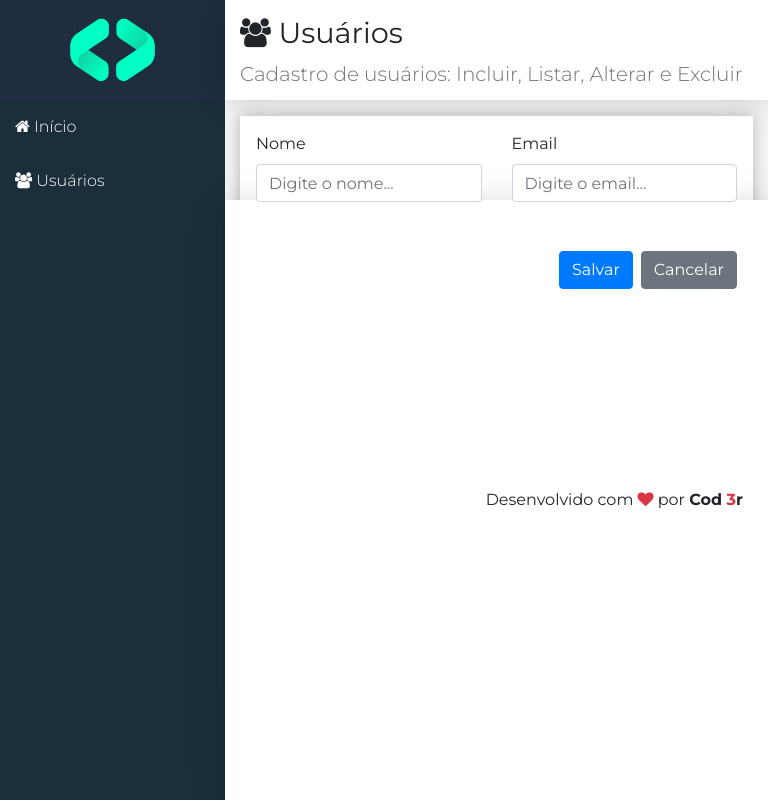
Repository: eversonps/projeto-cadastro-usuarios-firebase
Page: /users (app in frontend/)
An editor plug-in stored every save of this project. The page is shown before and after a run of saves, followed by the edit.
The browser window is 768 px wide. The pictures show the whole page.
The project was rebuilt for these pictures with package versions that can differ from the ones it lists, and the page was loaded fresh each time. Requests to the local data server were answered from the project's data file. Also part of the build but not shown: frontend/src/components/home/home.jsx.

Above is the page before, as saved 2022-03-22 15:27:28.

### frontend/public/index.html
<!DOCTYPE html>
<html lang="en">
  <head>
    <meta charset="utf-8" />
    <link rel="icon" href="%PUBLIC_URL%/favicon.ico" />
    <link rel="preconnect" href="https://fonts.googleapis.com">
    <link rel="preconnect" href="https://fonts.gstatic.com" crossorigin>
    <link href="https://fonts.googleapis.com/css2?family=Montserrat:wght@300;400;700&display=swap" rel="stylesheet">
    <meta name="viewport" content="width=device-width, initial-scale=1" />
    <meta name="theme-color" content="#000000" />
    <meta
      name="description"
      content="Web site created using create-react-app"
    />
    <link rel="apple-touch-icon" href="%PUBLIC_URL%/logo192.png" />
    <!--
      manifest.json provides metadata used when your web app is installed on a
      user's mobile device or desktop. See https://developers.google.com/web/fundamentals/web-app-manifest/
    -->
    <link rel="manifest" href="%PUBLIC_URL%/manifest.json" />
    <!--
      Notice the use of %PUBLIC_URL% in the tags above.
      It will be replaced with the URL of the `public` folder during the build.
      Only files inside the `public` folder can be referenced from the HTML.

      Unlike "/favicon.ico" or "favicon.ico", "%PUBLIC_URL%/favicon.ico" will
      work correctly both with client-side routing and a non-root public URL.
      Learn how to configure a non-root public URL by running `npm run build`.
    -->
    <title>React App</title>
  </head>
  <body>
    <noscript>You need to enable JavaScript to run this app.</noscript>
    <div id="root"></div>
    <!--
      This HTML file is a template.
      If you open it directly in the browser, you will see an empty page.

      You can add webfonts, meta tags, or analytics to this file.
      The build step will place the bundled scripts into the <body> tag.

      To begin the development, run `npm start` or `yarn start`.
      To create a production bundle, use `npm run build` or `yarn build`.
    -->
  </body>
</html>

### frontend/src/index.js
import React from 'react';
import ReactDOM from 'react-dom';
import './index.css';
import App from './main/app';
import reportWebVitals from './reportWebVitals';

ReactDOM.render(
  <React.StrictMode>
    <App />
  </React.StrictMode>,
  document.getElementById('root')
);

// If you want to start measuring performance in your app, pass a function
// to log results (for example: reportWebVitals(console.log))
// or send to an analytics endpoint. Learn more: https://bit.ly/CRA-vitals
reportWebVitals();

### frontend/src/main/app.jsx
import "./app.css"
import "bootstrap/dist/css/bootstrap.min.css"
import "font-awesome/css/font-awesome.min.css"

import React from "react"

import Logo from "../components/template/logo"
import Nav from "../components/template/nav"
import Footer from "../components/template/footer"
import Routes from "./routes"

import {BrowserRouter as Router} from "react-router-dom"

export default props => {
    return (
        <div className="app">
            <Router>
                <Logo></Logo>
                <Nav></Nav>
                <Routes></Routes>
                <Footer></Footer>
            </Router>
        </div>
    )
}

### frontend/src/main/app.css
:root{
    --bg-dark: #1A2F3A;
    --logo-height: 100px;
    --header-height: 100px;
    --aside-width: 225px;
    --footer-height: 40px;
    --menu-top-right: 100px;

    --shadow: 0 2px 23px 0 rgba(0, 0, 0, 0.1), 0 2px 49px 0 rgba(0, 0, 0, 0.06);
}

* {
    box-sizing: border-box;
    font-family: 'Montserrat', sans-serif;
}

.app{
    margin: 0px;
    display: grid;
    grid-template-columns: var(--aside-width) 1fr;
    grid-template-rows: var(--header-height) 1fr var(--footer-height);
    grid-template-areas:
        "logo header"
        "menu content"
        "menu footer";
    height: 100vh;
    background-color: #F5F5F5;
}

aside.logo{
    grid-area: logo;
}

header.header{
    grid-area: header;
}

aside.menu-area{
    grid-area: menu;
}

main.content{
    grid-area: content;
}

footer.footer{
    grid-area: footer;
}

@media(max-width: 768px){
    .app{
        grid-template-rows: var(--header-height) var(--menu-top-right);
    }
}

### frontend/src/components/template/logo.jsx
import React from "react"
import "./logo.css"
import logo from "../../assets/images/logo.png"

import { Link } from "react-router-dom"
export default props => (
    <aside className="logo">
        <Link to="/" className="logo">
            <img src={logo} alt="logo" />
        </Link>
    </aside>
)

### frontend/src/components/template/nav.jsx
import React from "react"
import "./nav.css"

import {Link} from "react-router-dom"

export default props => {
    return (
        <aside className="menu-area">
            <nav className="menu">
                <Link to="/">
                    <i className="fa fa-home"></i> Início
                </Link>
                <Link to="/users">
                    <i className="fa fa-users"></i> Usuários
                </Link>
            </nav>
        </aside>
    )
}

### frontend/src/components/template/footer.jsx
import React from "react";
import "./footer.css"

export default props => (
    <footer className="footer">
        <span>
            Desenvolvido com <i className="fa fa-heart text-danger"></i> por <strong>Cod <span className="text-danger">3</span>r</strong>
        </span>
    </footer>
)

### frontend/src/main/routes.jsx
import React from "react";
import {Routes, Route} from "react-router-dom"

import Home from "../components/home/home"
import UserCrud from "../components/user/userCrud"

export default props => (
    <Routes>
        <Route path="/" element={<Home />}/>
        <Route path="/users" element={<UserCrud />}/>
        <Route path="*" element={<Home />}/>
    </Routes>
)

### frontend/src/components/template/logo.css
aside.logo{
    background-color: var(--bg-dark);
    display: flex;
    justify-content: center;
    align-items: center;
}

aside.logo img {
    width: 100%;
}

### frontend/src/components/template/nav.css
aside.menu-area{
    background-color: var(--bg-dark);
    box-shadow: 2px 0 10px 0 rgba(0,0,0,0.12), rgba(0,0,0,0.09);
}

.menu a{
    display: block;
    text-decoration: none;
    color: #FFF;
    font-weight: 300;
    padding: 15px;
}

.menu a:hover {
    background: linear-gradient(135deg, #07A7E3 0%, #32DAC3 100%);
}

### frontend/src/components/template/footer.css
footer.footer{
    display: flex;
    align-items: center;
    justify-content: flex-end;
    padding: 0 25px;
    background-color: #FFF;
    box-shadow: var(--shadow);
}

### frontend/src/components/user/userCrud.jsx
import React, {Component, useReducer} from "react"
import Main from "../template/main"
import axios from "axios"

const headerProps = {
    icon: "users",
    title: "Usuários",
    subtitle: "Cadastro de usuários: Incluir, Listar, Alterar e Excluir"
}

const baseUrl = "http://localhost:3001/users"
const initialState = {
    user: {name: "", email: ""},
    list: []
}

export default class UserCrud extends Component{
    state = { ...initialState }

    componentWillMount(){
        axios(baseUrl).then(resp => {
            this.setState({list: resp.data})
        })
    }

    clear(){
        this.setState({user: initialState.user})
    }

    save(){
        const user = this.state.user
        const method = user.id ? "put" : "post"
        const url = user.id ? `${baseUrl}/${user.id}` : baseUrl
        axios[method](url, user).then(resp => {
            const list = this.getUpdatedList(resp.data)
            this.setState({user: initialState.user, list})
        })
    }

    getUpdatedList(user, add=true){
        const list = this.state.list.filter(u => u.id !== user.id)
        if(add) list.unshift(user)
        return list
    }

    updateField(event){
        const user = {...this.state.user}
        user[event.target.name] = event.target.value
        this.setState({ user })
    }

    renderForm(){
        return (
            <div className="form">
                <div className="row">
                    <div className="col-12 col-md-6">
                        <div className="form-group">
                            <label>Nome</label>
                            <input type="text" className="form-control" name="name" value={this.state.user.name} onChange={e => this.updateField(e)} placeholder="Digite o nome..."/>
                        </div>
                    </div>

                    <div className="col-12 col-md-6">
                        <div className="form-group">
                            <label>Email</label>
                            <input type="text" className="form-control" name="email" value={this.state.user.email} onChange={e => this.updateField(e)} placeholder="Digite o email..."/>
                        </div>
                    </div>
                </div>

                <hr />

                <div className="row">
                    <div className="col-12 d-flex justify-content-end">
                        <button className="btn btn-primary" onClick={e => this.save(e)}>Salvar</button>
                        <button className="btn btn-secondary ml-2" onClick={e => this.clear(e)}>Cancelar</button>
                    </div>
                </div>
            </div>
        )
    }

    load(user){
        this.setState({ user })
    }

    remove(user){
        axios.delete(`${baseUrl}/${user.id}`).then(resp => {
            const list = this.getUpdatedList(user, false)
            console.log(list)
            this.setState({ list })
        })
    }

    renderTable(){
        return (
            <table className="table mt-4">
                <thead>
                    <tr>
                        <th>ID</th>
                        <th>Nome</th>
                        <th>Email</th>
                        <th>Ações</th>
                    </tr>
                </thead>
                <tbody>
                    {this.renderRows()}
                </tbody>
            </table>
        )
    }

    renderRows(){
        const trs = this.state.list.map(u => {
            return(
                <tr key={u.id}>
                    <td>{u.id}</td>
                    <td>{u.name}</td>
                    <td>{u.email}</td>
                    <td>
                        <button className="btn btn-warning" onClick={() => this.load(u)}>
                            <i className="fa fa-pencil"></i>
                        </button>
                        <button className="btn btn-danger ml-2"  onClick={() => this.remove(u)}>
                            <i className="fa fa-trash"></i>
                        </button>
                    </td>
                </tr>
            )
        })

        return trs
    }

    render(){
        return (
            <Main {...headerProps}>
                {this.renderForm()}
                {this.renderTable()}
            </Main>
        )
    }
}

### frontend/src/components/template/main.jsx
import React from "react"
import Header from "./header"
import "./main.css"

export default props => (
    <>
        <Header {...props}></Header>
        <main className="content container-fluid">
            <div className="p-3 mt-3">
                {props.children}
            </div>
        </main>
    </>
)

### frontend/src/components/template/header.jsx
import React from "react";
import "./header.css"

export default props => (
    <header className="header d-none d-sm-flex flex-column">
        <h1 className="mt-3">
            <i className={`fa fa-${props.icon}`}></i> {props.title}
        </h1>
        <p className="lead text-muted">{props.subtitle}</p>
    </header>
)

### frontend/src/components/template/header.css
header.header{
    background-color: #FFF;
    padding: 0px 15px;
    overflow: hidden;
    white-space: nowrap;
    box-shadow: var(--shadow);
}

header.header h1{
    font-size: 1.8em;
}

### backend/db.json
{
  "users": [
    {
      "id": 1,
      "name": "Arthur",
      "email": "arthur@gmail.com"
    },
    {
      "id": 2,
      "name": "Carla",
      "email": "carla@gmail.com"
    },
    {
      "name": "Everson",
      "email": "eversonpereiraofc@gmail.com",
      "id": 3
    }
  ]
}

Loaded but not shown: frontend/src/index.css (common file); frontend/src/reportWebVitals.js (common file); frontend/src/components/template/main.css (common file)

After the next 2 saves:
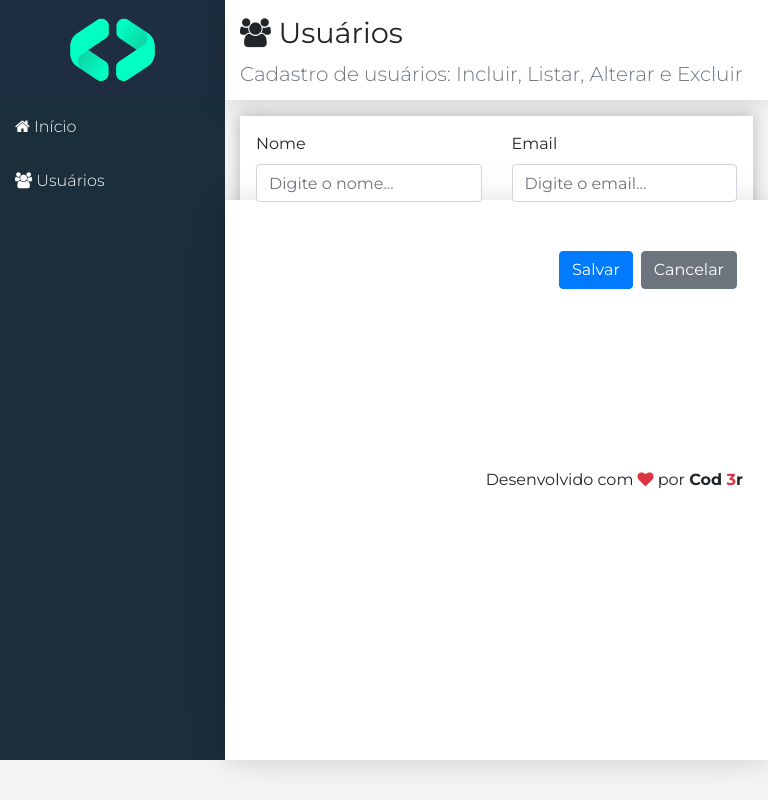
The 2 saves are shown as one change because they came seconds apart.
The last was saved 24 s later.
--- a/frontend/src/main/app.css
+++ b/frontend/src/main/app.css
@@ -49,6 +49,6 @@ footer.footer{
 
 @media(max-width: 768px){
     .app{
-        grid-template-rows: var(--header-height) var(--menu-top-right);
+        grid-template-rows: var(--header-height) var(--menu-top-right) 1fr var(--footer-height);
     }
 }
